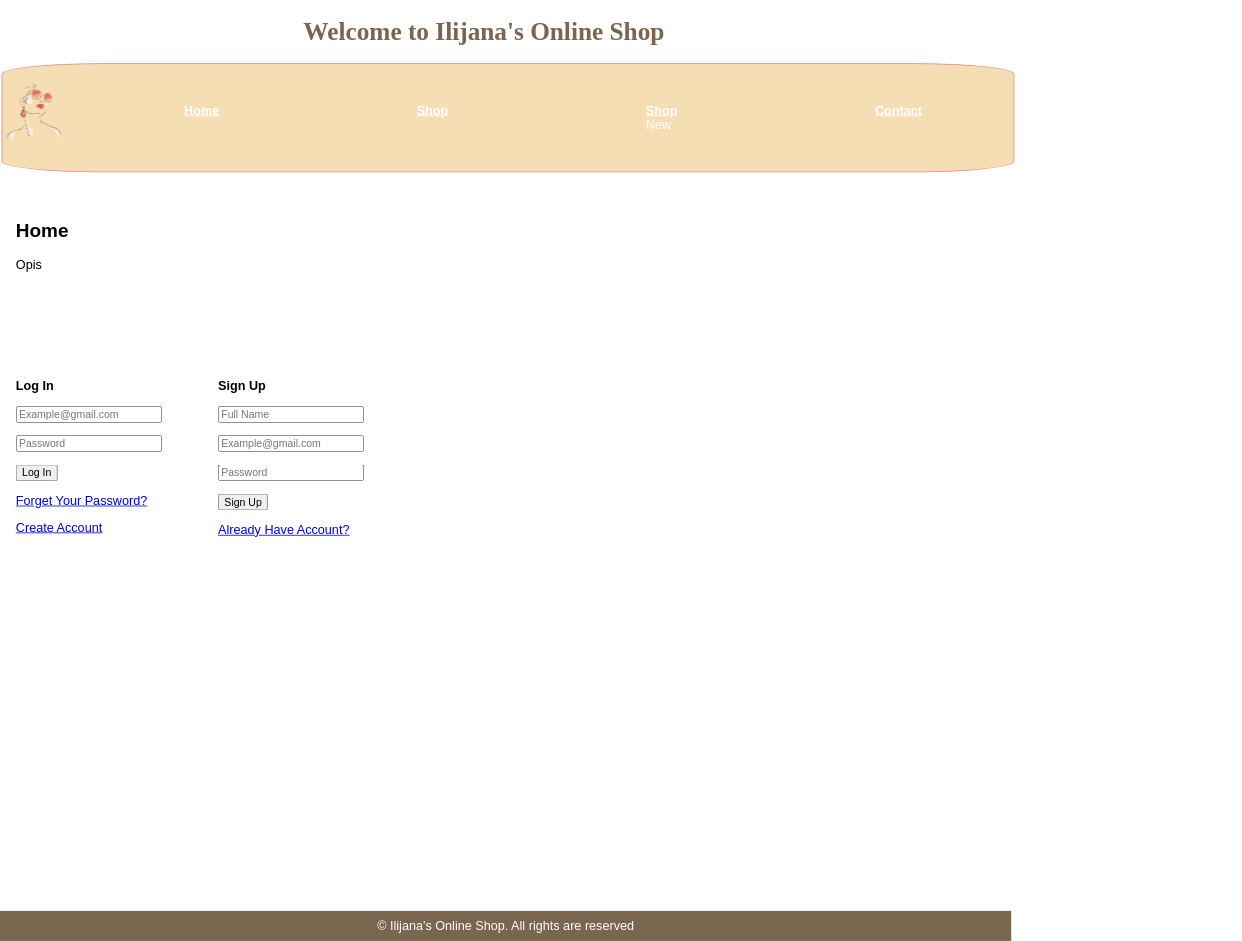
Repository: ilijana123/Proekt1
Page: html.html
An editor plug-in stored every save of this project. The page is shown before and after the next save, followed by the edit.
The browser window is 1280 px wide. The page is 1572 px wide, then 1284 px, so the pictures cover 1572 px, including what lies to the right of the window. The pictures show the whole page, at 79% of full size.

Above is the page before, as saved 2023-11-13 02:17:07.

After the next save:
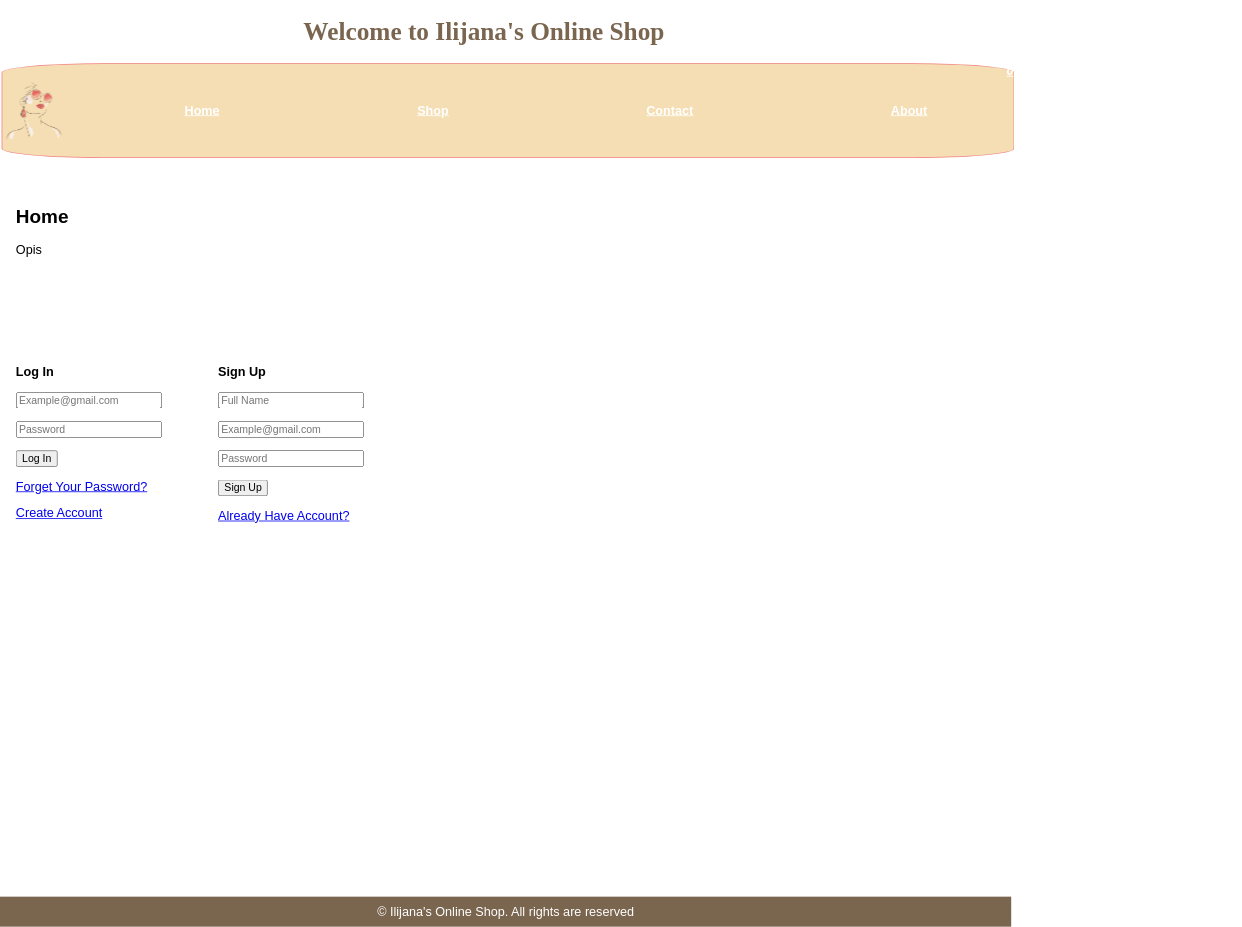
Saved 34 s later.
--- a/html.html
+++ b/html.html
@@ -29,9 +29,6 @@
             <ul class="menu">
             <li><a href="#">Home</a></li>
             <li  class="shop"><a href="#" >Shop</a></li>
-            <li><a href="#">Shop</a>
-                <span class="sale-lable">New</span>
-            </li>
             <li><a href="#">Contact</a></li>
             <li><a href="#">About</a></li>
             </ul>
